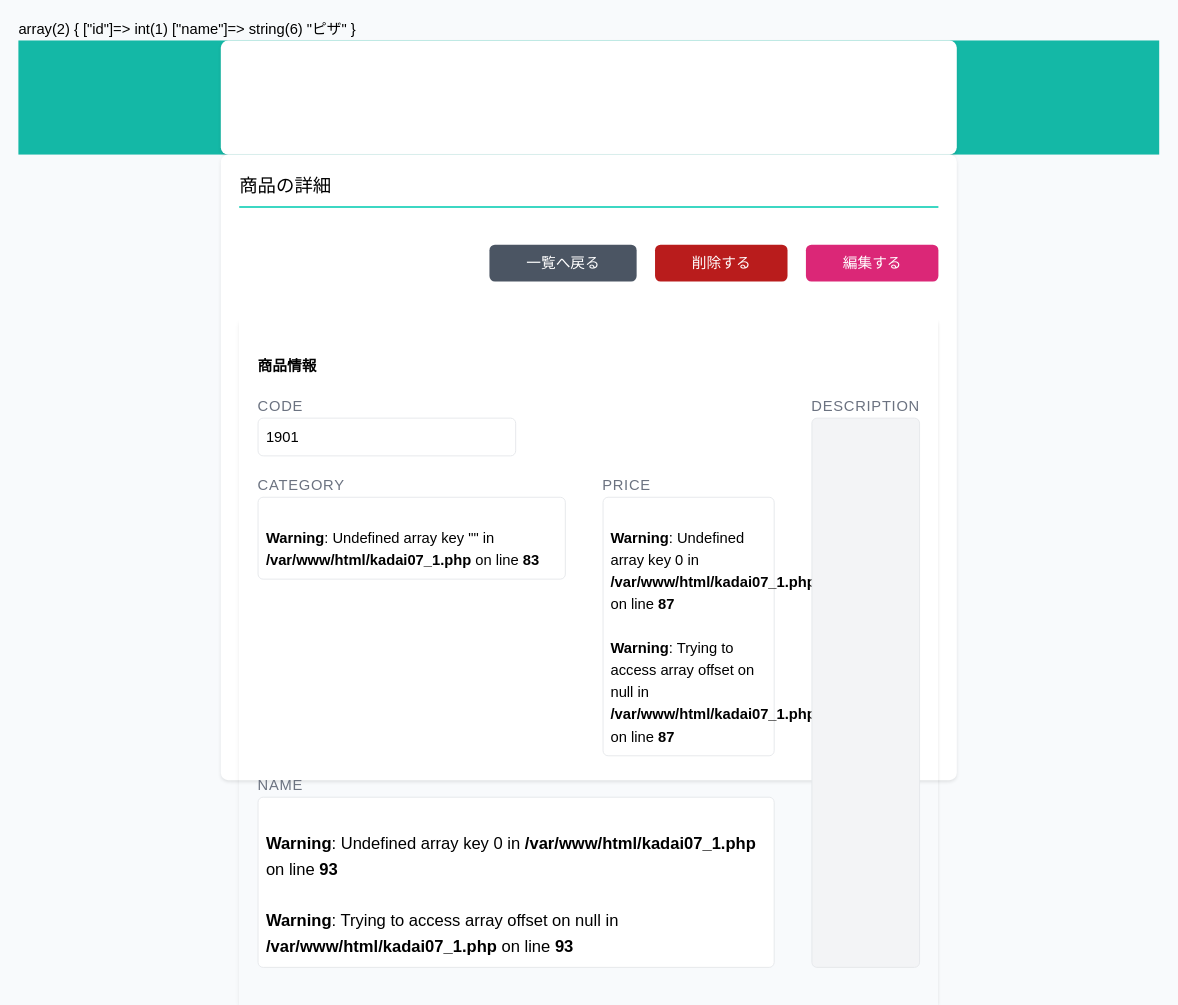
Repository: ShunKUN1182/STD_PHP
Page: http://localhost/kadai07_1.php?product_code=1901
An editor plug-in stored every save of this project. The page is shown before and after a run of saves, followed by the edit.
The browser window is 1280 px wide. The pictures show the whole page, at 92% of full size.
Some web libraries are served in a nearby version. The page is run by PHP 8.4 with error messages shown; the project is at /var/www/html/. The database holds what the project's SQL file puts in it.

Above is the page before, as saved 2026-07-10 14:04:21.

After the next 3 saves:
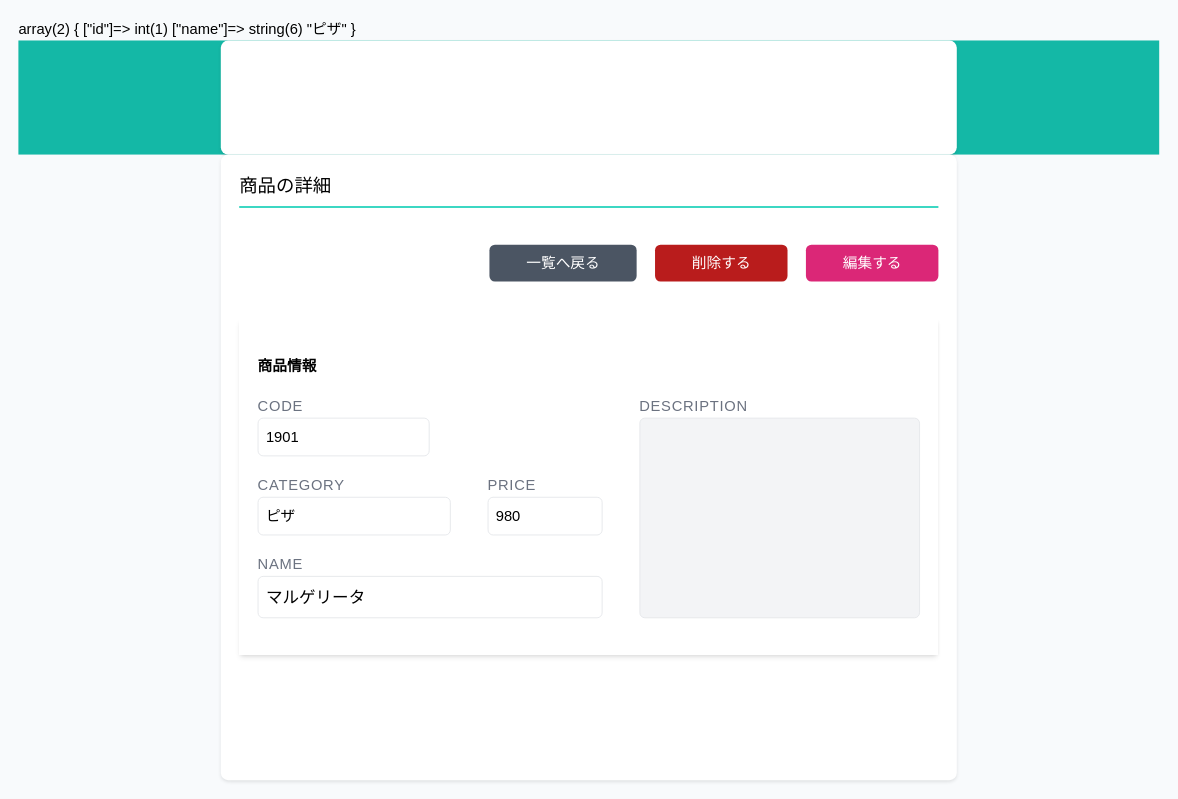
The 3 saves are shown as one change because they came seconds apart.
The last was saved 13 s later.
--- a/kadai07_1.php
+++ b/kadai07_1.php
@@ -80,17 +80,17 @@ var_dump($categoryResult)
           <div class="flex justify-between mb-5">
             <div class="flex-grow mr-10">
               <p class="text-gray-500 text-left uppercase tracking-wider">category</p>
-              <p class="bg-white px-2 py-2 border  rounded-md"><?= $categoryResult[""] ?></p>
+              <p class="bg-white px-2 py-2 border  rounded-md"><?= $categoryResult["name"] ?></p>
             </div>
             <div class="w-4/12">
               <p class="text-gray-500 text-left uppercase tracking-wider">price</p>
-              <p class="bg-white px-2 py-2 border  rounded-md"><?= $productResult[0]["price"] ?></p>
+              <p class="bg-white px-2 py-2 border  rounded-md"><?= $productResult["price"] ?></p>
             </div>
           </div>
 
           <div>
             <p class="text-gray-500 text-left uppercase tracking-wider">name</p>
-            <p class="bg-white text-lg px-2 py-2 border  rounded-md"><?= $productResult[0]["name"] ?></p>
+            <p class="bg-white text-lg px-2 py-2 border  rounded-md"><?= $productResult["name"] ?></p>
           </div>
         </div>
 
